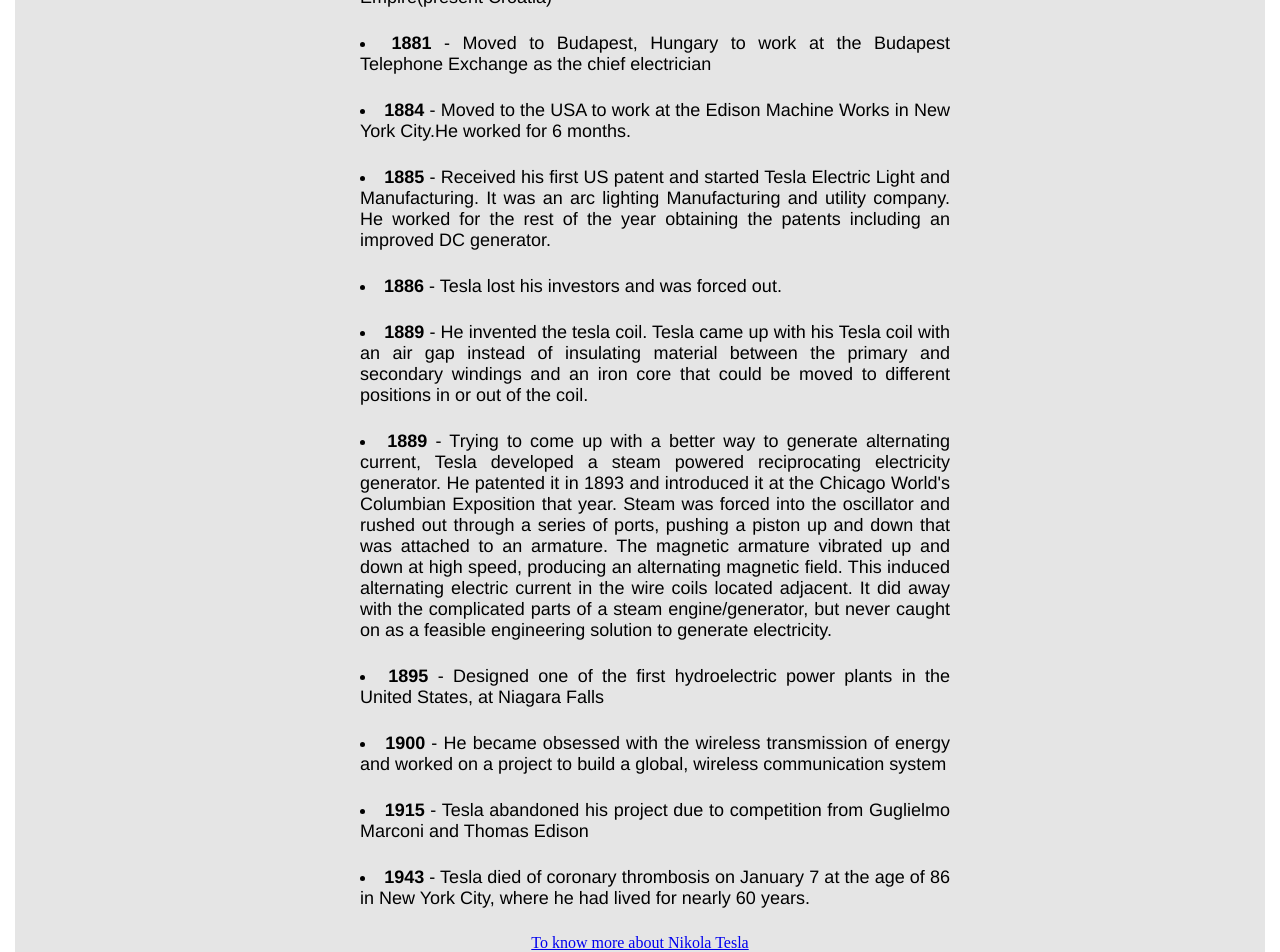
Repository: Avishka217/Tribute-Page
Page: index.html
The author's editor kept a copy of each file at every save. The page is drawn from the files as they stood at one save, then again after the next save.
The browser window is 1280 px wide. The pictures show the part of the page from y = 760 to 1712 px (the page is 1712 px tall before and 1628 px after).
A picture or video elsewhere on the page could not be fetched, so the positions and the page height are approximate.

Above is the page before, as saved 2020-03-18 20:01:44.

After the next save:
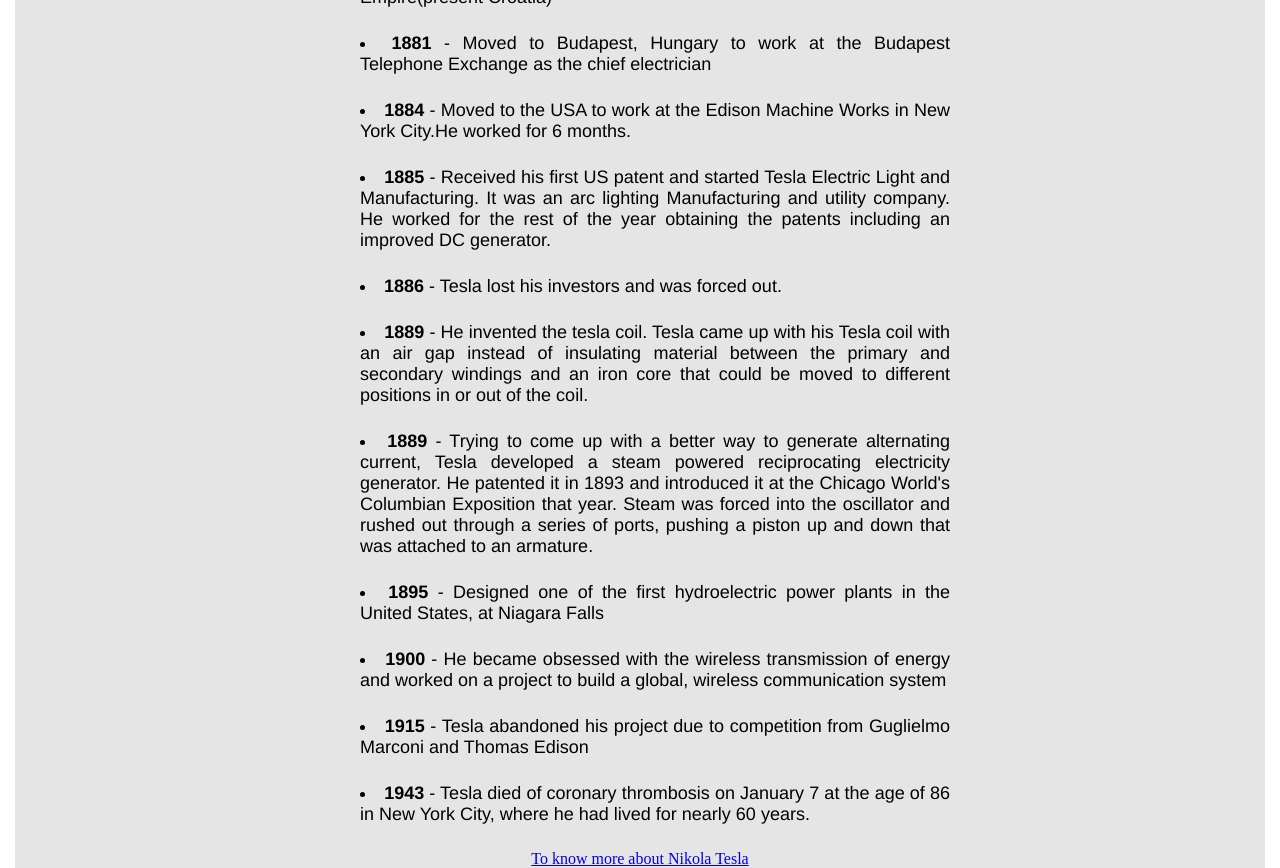
Saved 27 s later.
--- a/index.html
+++ b/index.html
@@ -50,13 +50,7 @@
                     World's
                     Columbian Exposition that year. Steam was forced into the oscillator and rushed out through a series
                     of ports,
-                    pushing a piston up and down that was attached to an armature. The magnetic armature vibrated up and
-                    down at high speed,
-                    producing an alternating magnetic field. This induced alternating electric current in the wire coils
-                    located adjacent.
-                    It did away with the complicated parts of a steam engine/generator, but never caught on as a
-                    feasible engineering solution
-                    to generate electricity.</li>
+                    pushing a piston up and down that was attached to an armature.</li>
                 <li><b>1895</b> - Designed one of the first hydroelectric power plants in the United States, at Niagara
                     Falls</li>
                 <li><b>1900</b> - He became obsessed with the wireless transmission of energy and worked on a project to
